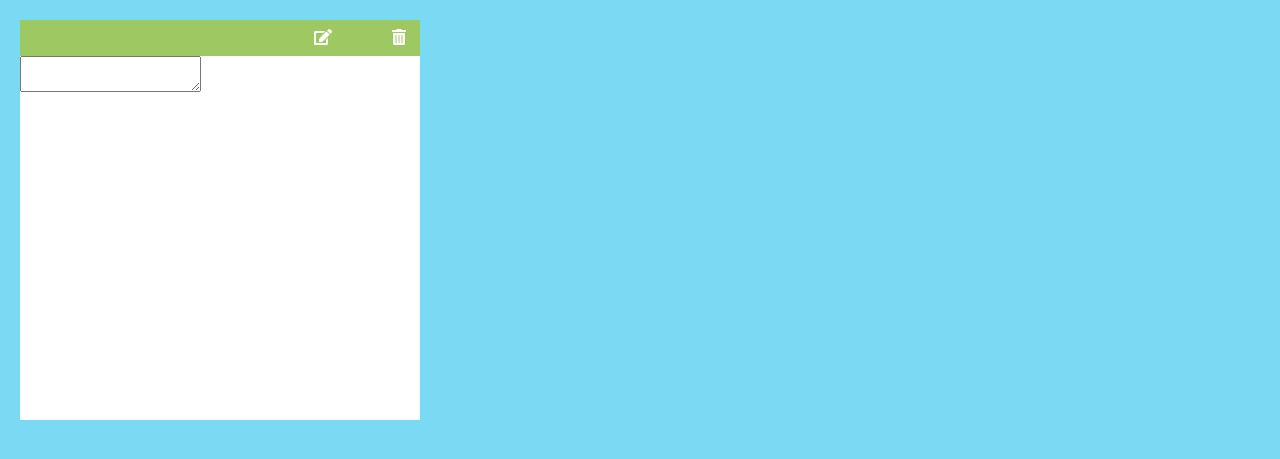
Repository: kate30980/projects-js-practice
Page: notes-app/index.html
An editor plug-in stored every save of this project. The page is shown before and after the next save, followed by the edit.
The browser window is 1280 px wide. The pictures show the whole page.

Above is the page before, as saved 2021-09-12 09:07:10.

After the next save:
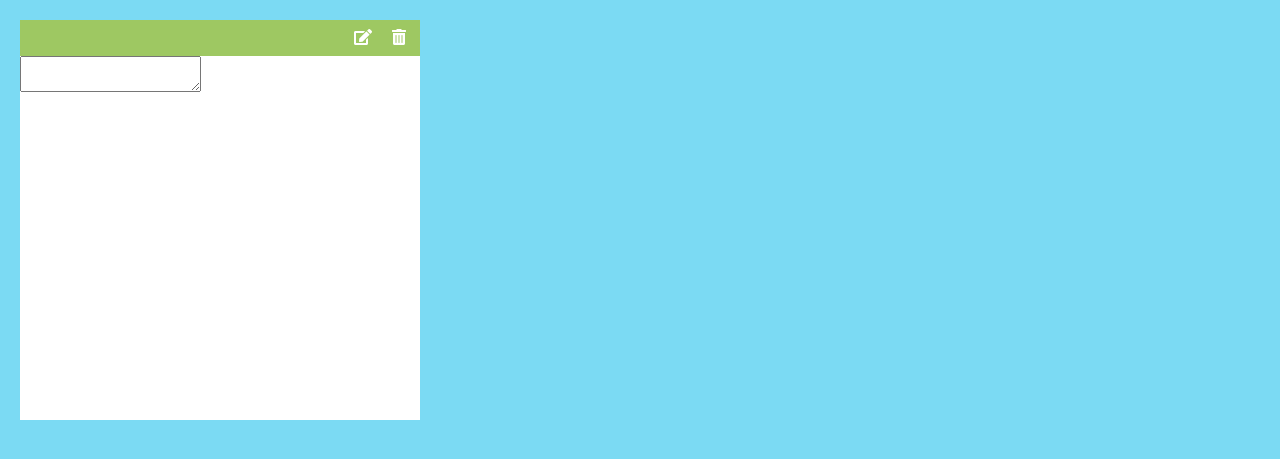
Saved 5 s later.
--- a/notes-app/style.css
+++ b/notes-app/style.css
@@ -29,5 +29,5 @@ body {
     border: none;
     color: white;
     font-size: 1rem;
-    margin-left: 3rem;
+    margin-left: .5rem;
 }
